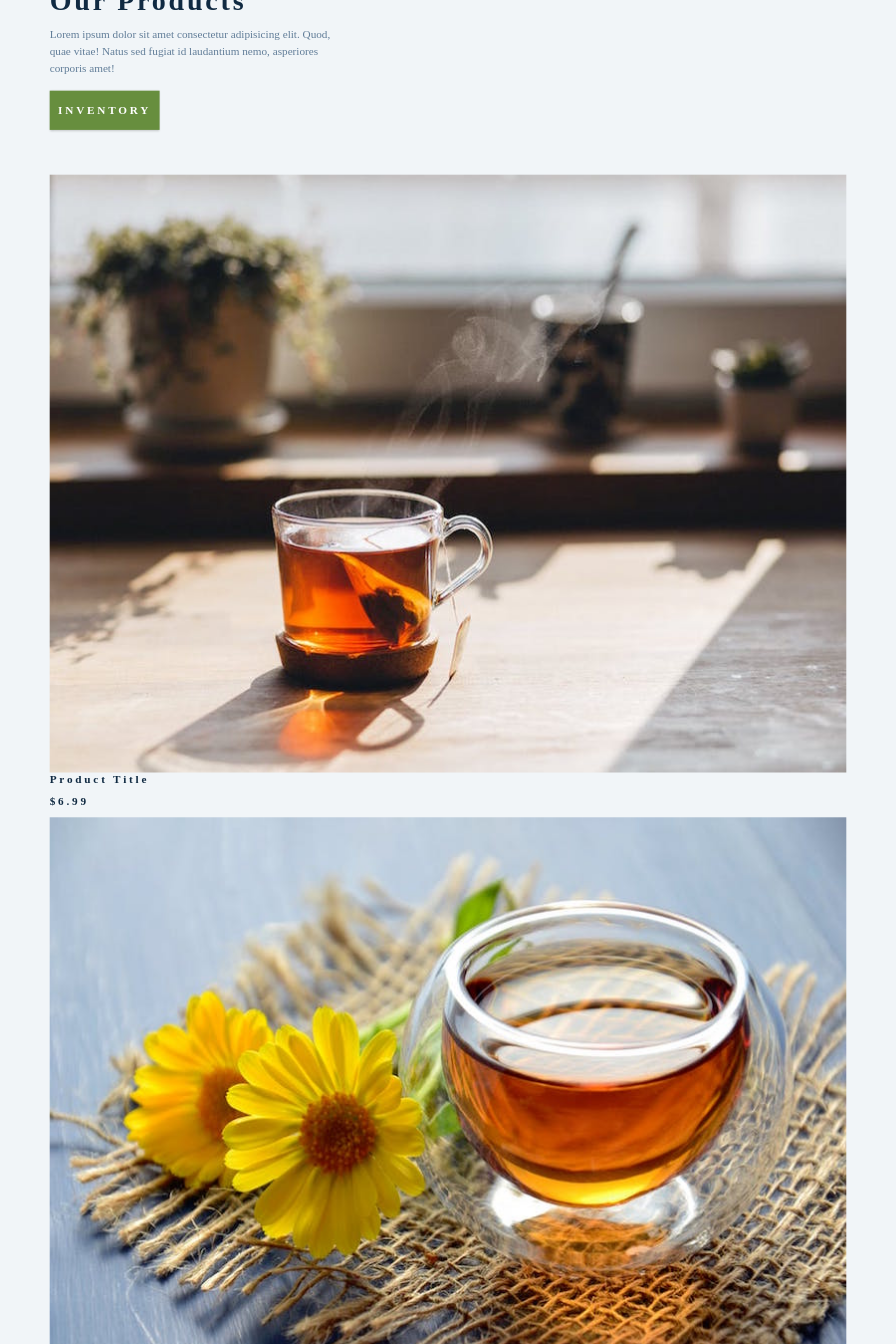
Repository: Ndifoinhilary/building_tea_site
Page: index.html
The author's editor kept a copy of each file at every save. The page is drawn from the files as they stood at one save, then again after the next save.
The browser window is 1280 px wide. The pictures show the part of the page from y = 1801 to 3721 px (the page is 5620 px tall before and 3971 px after), at 70% of full size.
Backgrounds fixed to the window are drawn as part of the page. Some web fonts or font styles are not loaded; a fallback is used.

Above is the page before, as saved 2024-01-06 13:04:21.

### index.html
<!DOCTYPE html>
<html lang="en">

<head>
  <meta charset="UTF-8" />
  <meta name="viewport" content="width=device-width, initial-scale=1.0" />
  <meta http-equiv="X-UA-Compatible" content="ie=edge" />
  <title>Tea Station || Home</title>
  <!-- font-awesome -->
  <link rel="stylesheet" href="./fontawesome-free-5.7.2-web/css/all.css" />
  <!-- custom css -->
  <link rel="stylesheet" href="./css/styles.css" />
</head>

<body>
  <!-- nav button -->
  <span class="nav-btn" id="nav-btn">
    <i class="fas fa-bars"></i>
  </span>
  <!-- nav -->
  <nav class="navbar" id="navbar">
    <div class="navbar-header">
      <span class="nav-close" id="nav-close">
        <i class="fas fa-times"></i>
      </span>
    </div>
    <ul class="nav-items">
      <li><a href="index.html" class="nav-link">home</a></li>
      <li><a href="skills.html" class="nav-link">skills</a></li>
      <li><a href="about.html" class="nav-link">about</a></li>
      <li><a href="products.html" class="nav-link">products</a></li>
    </ul>
  </nav>
  <!-- header -->
  <header class="header">
    <div class="banner">
      <h2 class="banner-subtitle">Over one hunred flavors of tea</h2>
      <h1 class="banner-title">specially crafted tea</h1>
      <a href="skills.html" class=" btn banner-btn">explore</a>
    </div>
  </header>

  <div class="content-divider"></div>





  <!-- skills section -->
  <section class="skills clearfix">
    <!-- single skill -->
    <article class="skill">
      <span class="skill-icon">
        <i class="fas fa-mug-hot"></i>
      </span>
      <h4 class="skill-title">made in US</h4>
      <!-- ten words -->
      <p class="skill-text">
        Lorem ipsum dolor sit amet consectetur adipisicing elit. Tempore,
        sequi.
      </p>
    </article>
    <!-- end of single skill -->
    <!-- single skill -->
    <article class="skill">
      <span class="skill-icon">
        <i class="fas fa-glass-cheers"></i>
      </span>
      <h4 class="skill-title">relaxation</h4>
      <!-- ten words -->
      <p class="skill-text">
        Lorem ipsum dolor sit amet consectetur adipisicing elit. Tempore,
        sequi.
      </p>
    </article>
    <!-- end of single skill -->
    <!-- single skill -->
    <article class="skill">
      <span class="skill-icon">
        <i class="fas fa-bomb"></i>
      </span>
      <h4 class="skill-title">energy</h4>
      <!-- ten words -->
      <p class="skill-text">
        Lorem ipsum dolor sit amet consectetur adipisicing elit. Tempore,
        sequi.
      </p>
    </article>
    <!-- end of single skill -->
    <!-- single skill -->
    <article class="skill">
      <span class="skill-icon">
        <i class="fas fa-mortar-pestle"></i>
      </span>
      <h4 class="skill-title">family recipe</h4>
      <!-- ten words -->
      <p class="skill-text">
        Lorem ipsum dolor sit amet consectetur adipisicing elit. Tempore,
        sequi.
      </p>
    </article>
    <!-- end of single skill -->
  </section>
  <!--end of skills section -->




  <!-- about -->
  <section class="about">

    <div class="section-center clearfix">

      <article class="about-img">
        <div class="about-picture-container">
          <img src="./images/about-bcg.jpeg" alt="tea kettle" class="about-picture" />
        </div>
      </article>

      <article class="about-info">
        <!-- section title -->
        <div class="section-title">
          <h3 class="section-subtitle">about our</h3>
          <h2 class="section-title">tea station</h2>
        </div>
        <!-- section title -->
        <p class="about-text">
          Lorem ipsum dolor sit amet consectetur adipisicing elit. Possimus
          numquam rem eos vel consequuntur obcaecati?
        </p>
        <p class="about-text">
          Lorem ipsum dolor sit amet consectetur adipisicing elit. Possimus
          numquam rem eos vel consequuntur obcaecati?
        </p>
        <a href="about.html" class="btn">learn more</a>
      </article>
    </div>
  </section>
  <!-- end of about -->





  <!-- products -->
  <section class="products">
    <div class="section-center clearfix">
      <!-- products info  -->
      <article class="products-info">
        <!-- title -->
        <div>
          <h3 class="section-subtitle">check out</h3>
          <h2 class="section-title text-white">our products</h2>
        </div>
        <!-- end of title -->
        <p class="product-text">
          Lorem ipsum dolor sit amet consectetur adipisicing elit. Quod, quae
          vitae! Natus sed fugiat id laudantium nemo, asperiores corporis
          amet!
        </p>
        <a href="products.html" class="btn">inventory</a>
      </article>
      <!-- end of products info -->

      <!-- products inventory -->
      <article class="products-inventory clearfix">
        <!-- single product -->
        <div class="product">
          <img src="./images/product-1.jpeg" alt="single product" class="product-img" />
          <h4 class="product-title">product title</h4>
          <h4 class="product-price">$6.99</h4>
        </div>
        <!--end of single product -->
        <!-- single product -->
        <div class="product">
          <img src="./images/product-2.jpeg" alt="single product" class="product-img" />
          <h4 class="product-title">product title</h4>
          <h4 class="product-price">$6.99</h4>
        </div>
        <!--end of single product -->
        <!-- single product -->
        <div class="product">
          <img src="./images/product-3.jpeg" alt="single product" class="product-img" />
          <h4 class="product-title">product title</h4>
          <h4 class="product-price">$6.99</h4>
        </div>
        <!--end of single product -->
      </article>
      <!--end of  products inventory -->
    </div>
  </section>


  <!-- end of  products -->




  <!-- contact -->
  <section class="contact">
    <div class="section-center clearfix">
      <!-- contact info -->
      <article class="contact-info">
        <!-- contact item -->
        <div class="contact-item">
          <!-- contact text -->
          <h3 class="contact-title">
            <span class="contact-icon">
              <i class="fas fa-location-arrow"></i> </span>address
          </h3>
          <h3 class="contact-text">
            523 N Fairfax Ave, Los Angeles, CA 90048
          </h3>
        </div>
        <!-- end of contact item -->
        <!-- contact item -->
        <div class="contact-item">
          <!-- contact text -->
          <h3 class="contact-title">
            <span class="contact-icon"> <i class="fas fa-envelope"></i> </span>email
          </h3>
          <h3 class="contact-text">email@email.com</h3>
        </div>
        <!-- end of contact item -->

        <!-- contact item -->
        <div class="contact-item">
          <!-- contact text -->
          <h3 class="contact-title">
            <span class="contact-icon">
              <i class="fas fa-location-arrow"></i> </span>telephone
          </h3>
          <h3 class="contact-text">+ 123 456 789</h3>
        </div>
        <!-- end of contact item -->
      </article>
      <article class="contact-form">
        <form action="https://formspree.io/learncodetutorial@gmail.com" method="POST" class="form-group">
          <input type="text" name="name" placeholder="name" class="form-control" />
          <input type="email" name="email" placeholder="email" class="form-control" />
          <textarea name="message" placeholder="message" class="form-control" rows="5"></textarea>
          <button class="main-btn">send</button>
        </form>
      </article>
      <!-- end of contact info -->
    </div>
  </section>




  <!-- end o fcontact -->
  <footer class="footer">
    <div class="section-center">
      <div class="social-icons">
        <!-- social icon -->
        <a href="#" class="social-icon">
          <i class="fab fa-facebook"></i>
        </a>
        <!-- end of social icon -->
        <!-- social icon -->
        <a href="#" class="social-icon">
          <i class="fab fa-twitter"></i>
        </a>
        <!-- end of social icon -->
        <!-- social icon -->
        <a href="#" class="social-icon">
          <i class="fab fa-instagram"></i>
        </a>
        <!-- end of social icon -->
      </div>
      <p class="footer-text">
        &copy;2019 <span class="text-primary">tea station</span>. all rights
        reserved
      </p>
    </div>
  </footer>



  <script src="app.js"></script>
</body>

</html>

### css/styles.css
@import url("https://fonts.googleapis.com/css?family=Catamaran:400,700|Grand+Hotel");

* {
  margin: 0;
  padding: 0;
  box-sizing: border-box;
}

/*================
Global variables
===================
*/

:root{
  --clr-primary:#678e3e;
  --clr-primary-light:#beed8c;
  --clr-grey-1:#102a42;
  --clr-grey-5:#617d98;
  --clr-grey-10:#f1f5f8;
  --clr-white:#fff;
  --ff-primary:"Catamaran",sans-serif;
  --ff-secondary:"Grand Hotel", cursive;
  --transition: all 0.3s linear ;
  --spacing:0.25rem;
  --radius:0.5rem;
}


body{
  font-family: var(--clr-primary);
  background: var(--clr-white);
  color: var(--clr-grey-1);
  line-height: 1.5;
  font-size: 0.875rem;
}

a{
  text-decoration: none;
}

img{
  width: 100%;
  display: block;
}
h1,h2,h3,h4{
  letter-spacing: var(--spacing);
  text-transform: capitalize;
  line-height: 1.25;
  margin-bottom: 0.75rem;
}

h1{
  font-size: 3rem;
}
h2{
  font-size: 2rem;
}
h3{
  font-size: 1.5rem;
}
h4{
  font-size: 0.875rem;
}

p{
  margin-bottom: 1.25rem;
}
@media screen and (min-width:800px) {
  h1{
    font-size: 4rem;
  }
  h2{
    font-size: 2.5rem;
  }
  h3{
    font-size: 2rem;
  }
  h4{
    font-size: 1rem;
  }
  body{
    font-size: 1rem;
  }
  h1,h2,h3,h4{
    line-height: 1.25;

  }
}
/*
more css
 */

 .btn{
  text-transform: uppercase;
  background: var(--clr-primary);
  color: var(--clr-white);
  padding: 1rem 0.75rem;
  letter-spacing: var(--spacing);
  display: inline-block;
  font-weight:700 ;
  transition: var(--transition);
  font-size: 1rem;
  border: none;
  cursor: pointer;
  box-shadow: 0 1px 3px rgba(0, 0, 0,0.2);
 }
.btn:hover {
  color: var(--ff-primary);
  background: var(--clr-primary-light);
}
.clearfix::after , .clearfix::before{
  content: "";
  clear: both;
  display: table;
}
.section-title h3{
font-family: var(--ff-secondary);
color: var(--clr-primary);
}
section-title{
  margin-bottom: 2rem;
}
.section-center{
  padding: 4rem 0;
  width: 85vw;
  margin: 0 auto;
  max-width: 1170px;
}
@media screen and (min-width:992px) {
  .section-center{
    width: 95vw;
    padding: 4rem 1rem;
  }
}
 /*
 header
  */

  .header{
    min-height: 100vh;
    background: linear-gradient(rgba(0, 0, 0,0.6),rgba(0, 0, 0,0.6)) ,url("/images/main-bcg.jpeg") center/cover no-repeat fixed;
    position: relative;
    /* animation */
    overflow-x: hidden;

  }

  .banner{
    text-align: center;
    position: absolute;
    top: 50%;
    left: 50%;
    transform: translate(-50%,-50%);
  }

  .banner h2{
    font-family: var(--ff-secondary);
    color: var(--clr-primary);
    /* animation */
  }

  .banner h1{
    text-transform: uppercase;
    color: var(--clr-white);
    margin-top: 1.25rem;
    margin-bottom: 2rem;
  }

.banner-btn{
  outline: 0.125rem solid var(--clr-primary);
  outline-offset: 0.25rem;
  font-size: 1.25rem;
  padding:1rem 1.75rem ;
}

.content-divider{
height: 0.5rem;
background: linear-gradient(to left, var(--clr-primary), #e9b949, var(--clr-primary));
}

/*
skills section
 */

 .skills{
  background: var(--clr-grey-10);

 }

 .skill{
  text-align: center;
  padding: 2.5rem 0;
  transition: var(--transition);

 }

 .skill-icon{
  font-size: 2.5rem;
  margin-bottom: 1.25rem;
  transition: var(--transition);
  display: inline-block;
  color: var(--clr-primary);

 }
 .skill-text{
  color: var(--clr-grey-5);
  max-width: 17rem;
  margin: 0 auto;
 }
 .skill:hover {
  background: var(--clr-white);
  box-shadow: 0  2px var(--clr-primary);
 }

 .skill:hover .skill-icon{
  transform: translateY(-5px);
 }
 @media screen and (min-width:576px) {
  .skill{
    float: left;
    width: 50%;
  }
 }

 @media screen and (min-width:1200px) {
  .skill{

    width: 25%;
  }
 }

 /*
 About css
  */
.about-img, .about-info{
  padding: 2rem;
}

.about-picture-container{
  color: var(--clr-primary);
  border: 0.5rem solid var(--clr-primary);
  max-width: 30rem;
  overflow: hidden;

}

.about-picture{
  transition: var(--transition);
}

.about-picture-container:hover .about-picture{
opacity: 0.5;
transform: scale(1.2)
}


.about-text{
  max-width: 26rem;
  color: var(--clr-grey-5);
}


@media screen and (min-width:992px) {
  .about-info, .about-img{
    float: left;
    width: 50%;
  }
  .about-info{
    padding-left:2rem ;
  }
}

.products{
  background: var(--clr-grey-10);

}

.products article{
  padding: 2rem 0;
}
.product-text{
  color: var(--clr-grey-5);
  max-width: 26rem;
}

### app.js
const navBtn = document.getElementById("nav-btn");
const navbar = document.getElementById("navbar");
const navClose = document.getElementById("nav-close");

navBtn.addEventListener("click", () => {
  navbar.classList.add("showNav");
});

navClose.addEventListener("click", () => {
  navbar.classList.remove("showNav");
});

Loaded but not shown: fontawesome-free-5.7.2-web/css/all.css (library)

After the next save:
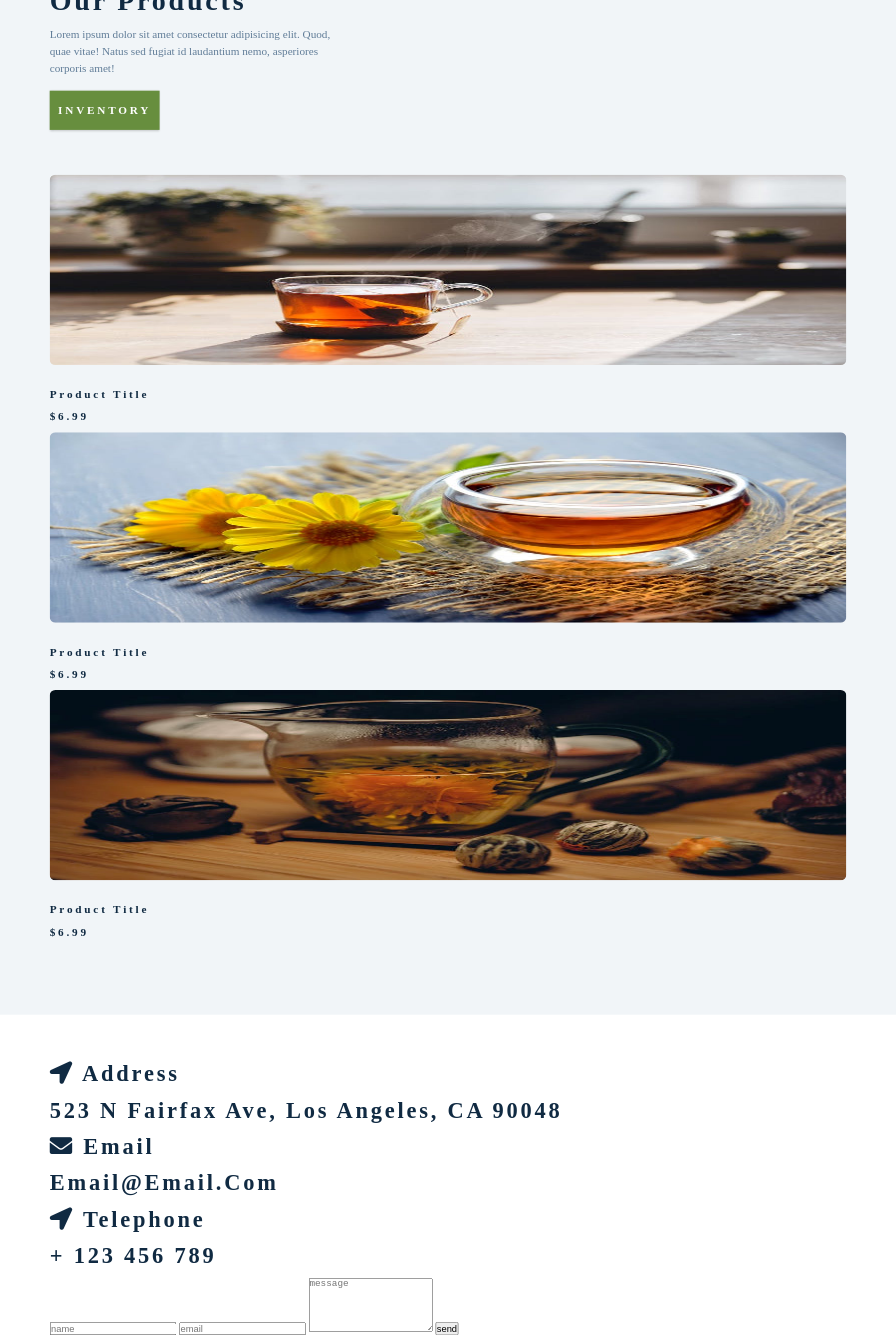
Saved 55 s later.
--- a/css/styles.css
+++ b/css/styles.css
@@ -282,3 +282,9 @@ transform: scale(1.2)
   color: var(--clr-grey-5);
   max-width: 26rem;
 }
+
+.product-img{
+  border-radius: var(--radius);
+  margin-bottom: 2rem;
+  height: 17rem;
+}
